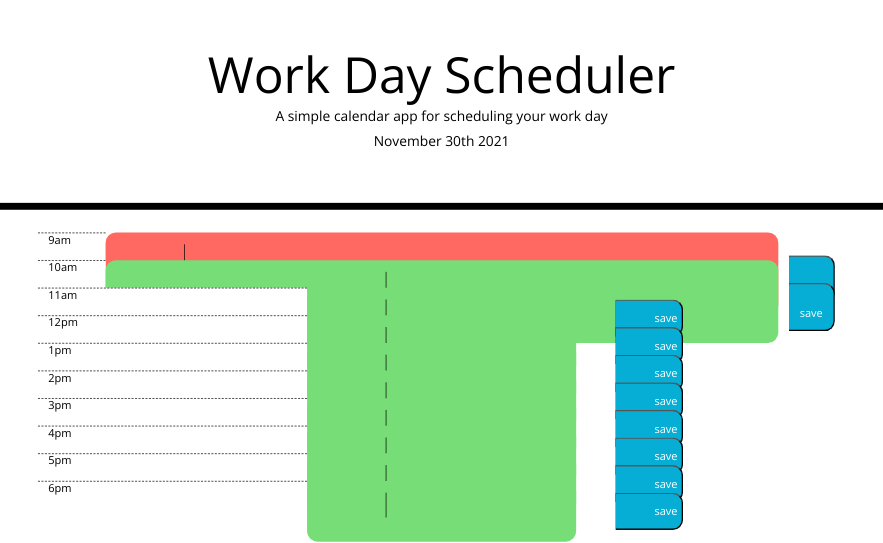
Repository: Naomilounsbury/work-day-scheduler
Page: index.html
The author's editor kept a copy of each file at every save. The page is drawn from the files as they stood at one save, then again after the next save.
The browser window is 1280 px wide. The pictures show the whole page, at 69% of full size.
Some web libraries are served in a nearby version.

Above is the page before, as saved 2021-12-05 16:58:33.

After the next save:
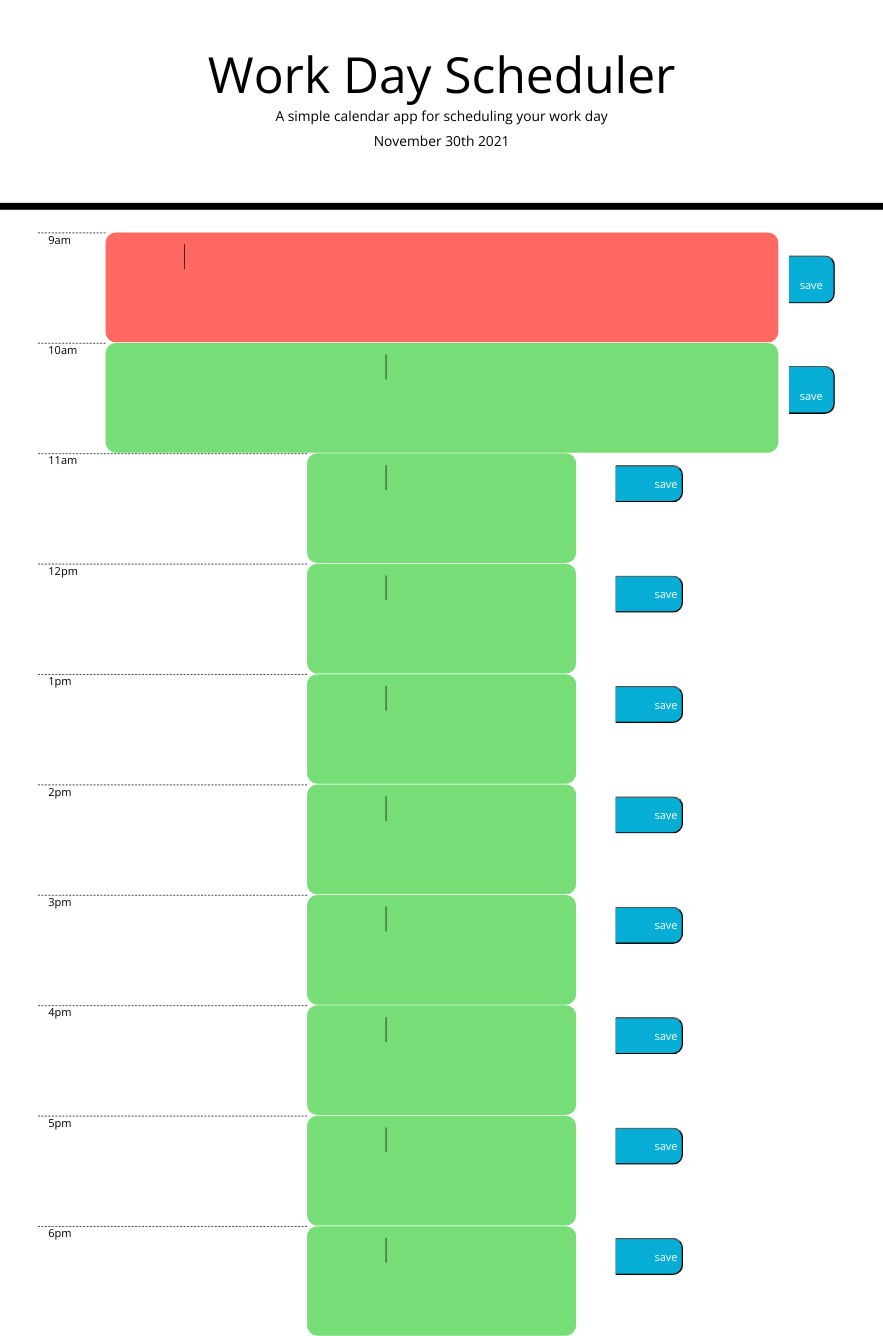
Saved 38 s later.
--- a/assets/css/style.css
+++ b/assets/css/style.css
@@ -32,7 +32,7 @@ textarea{
 
 .row {
   white-space: pre-wrap;
-  height: 40px;
+  height: 160px;
   border-top: 1px solid white;;
 }
 
